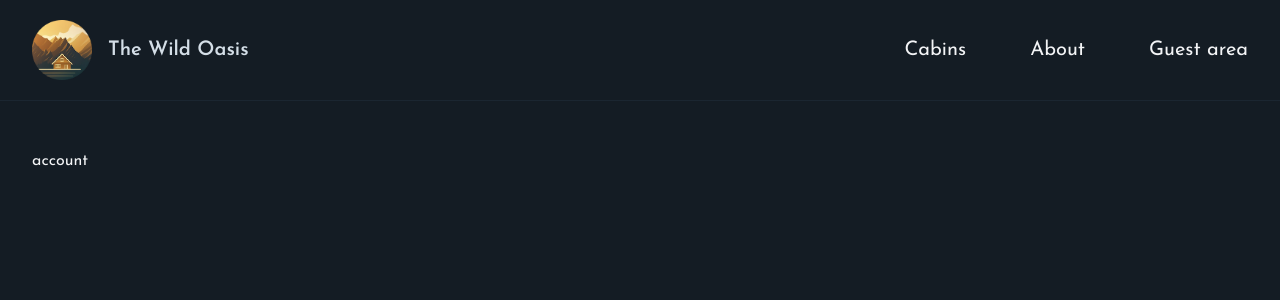
Repository: hyready/Next
Page: /account
An editor plug-in stored every save of this project. The page is shown before and after the next save, followed by the edit.
The browser window is 1280 px wide. The pictures show the whole page.
The project was rebuilt for these pictures with package versions that can differ from the ones it lists, and the page was loaded fresh each time. The framework's server and built-in components were replaced by stand-ins that run in the browser. Also part of the build but not shown: next.config.mjs.

Above is the page before, as saved 2025-01-06 15:47:35.

After the next save:
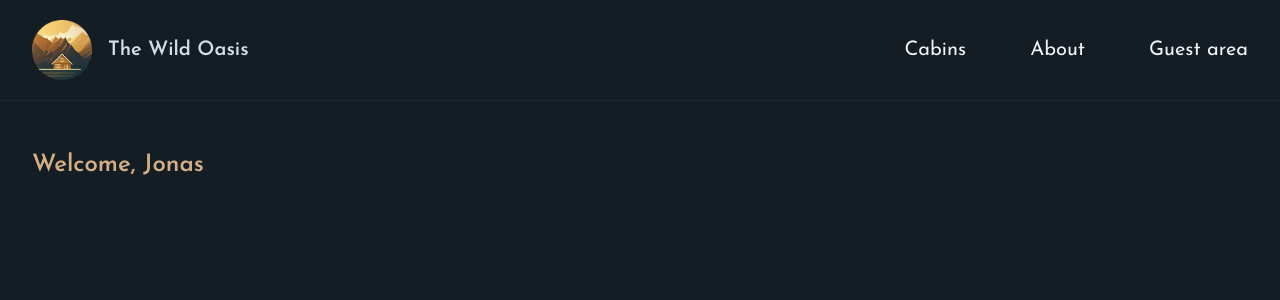
Saved 67 s later.
--- a/app/account/page.js
+++ b/app/account/page.js
@@ -1,3 +1,11 @@
+export const metadata = {
+  title: 'Guest area'
+}
+
 export default function Page() {
-  return <div>account</div>
+  return (
+    <h2 className='font-semibold text-2xl text-accent-400 mb-7'>
+      Welcome, Jonas
+    </h2>
+  )
 }
